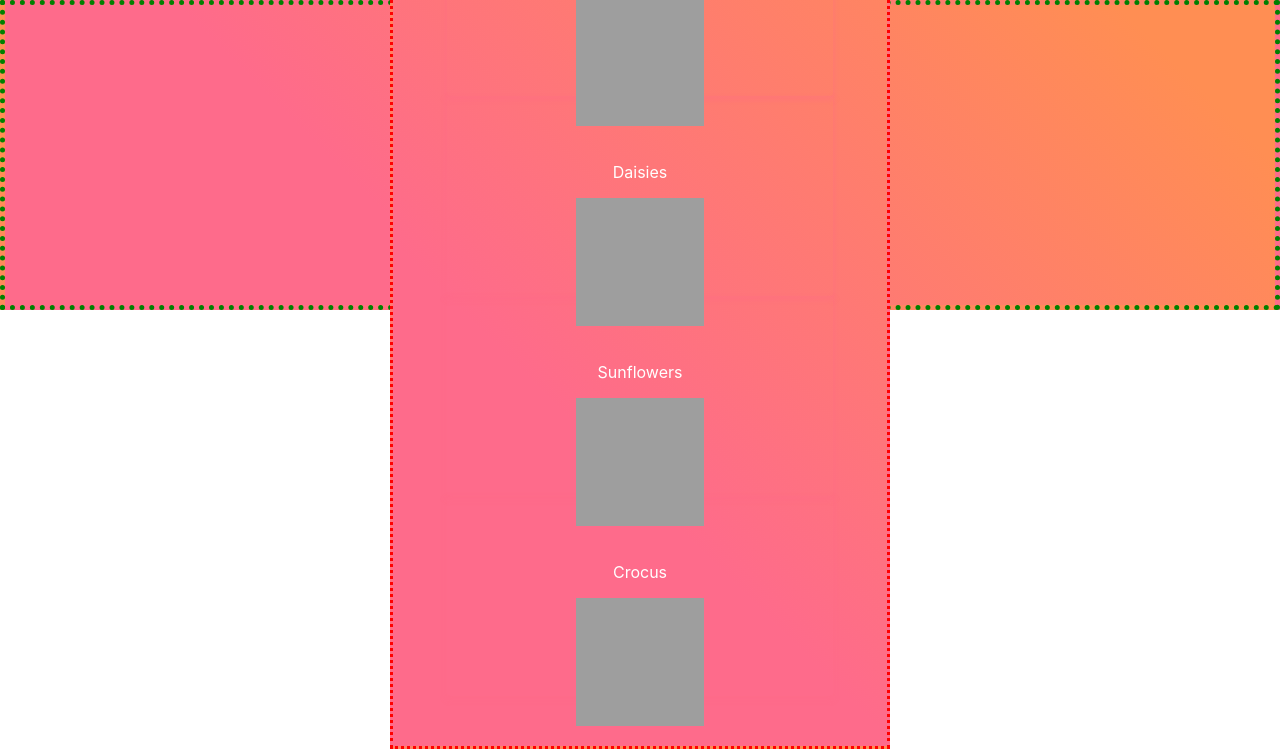
Repository: DevLuDaley/react-flower-shop
Page: /
The author's editor kept a copy of each file at every save. The page is drawn from the files as they stood at one save, then again after the next save.
The browser window is 1280 px wide. The pictures show the whole page.
Pictures or frames that could not be fetched are drawn as grey boxes. The project was rebuilt for these pictures with package versions that can differ from the ones it lists, and the page was loaded fresh each time.

Above is the page before, as saved 2021-02-19 22:10:42.

### src/App.js
// import './App.css';
import Grid from '@material-ui/core/Grid';
import Container from '@material-ui/core/Container';
import { makeStyles } from '@material-ui/core/styles';

// // or
// import { Grid } from '@material-ui/core';
//  import FlowerGallery from './components/FlowerGallery'
 import FlowersContainer from './Containers/FlowersContainer'


const useStyles = makeStyles({
  root: {
    background: 'linear-gradient(45deg, #FE6B8B 30%, #FF8E53 90%)',
    display: 'flex',
    justifyContent: 'center',
    alignItems: 'center',
    textAlign: 'center',
    height: '200px',
    border: '5px dotted green',
    padding: '50px'
  },
});

function App() {
  const classes = useStyles();
  return (
    <Grid className={classes.root}>
      <Container>
      <FlowersContainer/>
        {/* <FlowerGallery/> */}
      </Container>
    </Grid>
  );
}

export default App;

### src/Containers/FlowersContainer.js
import React from 'react';
import Grid from '@material-ui/core/Grid';
import Container from '@material-ui/core/Container';
import { makeStyles } from '@material-ui/core/styles';


import FlowerGallery from '../components/FlowerGallery'


const useStyles = makeStyles({
  root: {
    background: 'linear-gradient(45deg, #FE6B8B 30%, #FF8E53 90%)',
    // border: 0,
    // borderRadius: 3,
    // boxShadow: '0 3px 5px 2px rgba(255, 105, 135, .3)',
    // color: 'white',
    // height: "auto",
    width: '500px',
    padding: '50px 30px',
    // margin: '50px 30px',
    // display: 'flex',
    justifyContent: 'center',
    alignItems: 'center',
    textAlign: 'center',
    // height: '200px',
    border: '3px dotted red'
  },
});


const FlowersContainer = () => {
    const classes = useStyles();
    return (

        <Grid>
            <Container className={classes.root}>
                <FlowerGallery/>
            </Container>
        </Grid>


     );
}

export default FlowersContainer;

### src/components/FlowerGallery.js
import React from 'react';
import { makeStyles } from '@material-ui/core/styles';

// import FlowerGalleryStyles from './FlowerGalleryStyles'
// import Button from materialmaterial
import Button from '@material-ui/core/Button';
import Container from '@material-ui/core/Container';

// const useStyles = makeStyles({
//   root: {
//     background: 'linear-gradient(45deg, #FE6B8B 30%, #FF8E53 90%)',
//     border: 0,
//     borderRadius: 3,
//     boxShadow: '0 3px 5px 2px rgba(255, 105, 135, .3)',
//     color: 'white',
//     // height: 48,
//     padding: '0 30px',
//     margin: '15 0'
//   },
// });

const useStyles = makeStyles({
  root: {
    // background: 'linear-gradient(45deg, #FE6B8B 30%, #FF8E53 90%)',
    // border: 0,
    borderRadius: 3,
    boxShadow: '0 3px 5px 2px rgba(255, 105, 135, .3)',
    color: 'white',
    height: 100,
    padding: '50px 30px',
    margin: '50',
    display: 'block'
  },
});

const FlowerGallery = () => {
      const classes = useStyles();
    // const classes = FlowerGalleryStyles()

const flowerList = [
  {
    id: 1,
    name: 'Red Roses',
    imageUrl: 'https://images.unsplash.com/photo-1548094967-e25a127d1f6d?ixid=MXwxMjA3fDB8MHxwaG90by1wYWdlfHx8fGVufDB8fHw%3D&ixlib=rb-1.2.1&auto=format&fit=crop&w=1137&q=80',
    rating: 5,
    alt: 'red-roses'},
  {
    id: 2,
    name: 'Tulips',
    imageUrl: 'https://images.unsplash.com/photo-1610444028097-40d9858bb44f?ixid=MXwxMjA3fDB8MHxwaG90by1wYWdlfHx8fGVufDB8fHw%3D&ixlib=rb-1.2.1&auto=format&fit=crop&w=1234&q=80',
    rating: 4,
    alt: 'tulips'},
  {
    id: 3,
    name: 'Daisies',
    imageUrl: 'https://images.unsplash.com/photo-1607061868914-e38515be98cb?ixid=MXwxMjA3fDB8MHxwaG90by1wYWdlfHx8fGVufDB8fHw%3D&ixlib=rb-1.2.1&auto=format&fit=crop&w=1091&q=80',
    rating: 4,
    alt: ''},

  {
    id: 4,
    name: 'Sunflowers',
    imageUrl: 'https://images.unsplash.com/photo-1598459832065-1e43b2283799?ixid=MXwxMjA3fDB8MHxzZWFyY2h8Nnx8c3VuZmxvd2VyJTIwYm9xdWV0fGVufDB8fDB8&ixlib=rb-1.2.1&auto=format&fit=crop&w=1200&q=60',
    rating: 5,
    alt: ''},
  {
    id: 5,
    name: 'Crocus',
    imageUrl: 'https://images.unsplash.com/photo-1488979246948-f4b573b1fae8?ixid=MXwxMjA3fDB8MHxwaG90by1wYWdlfHx8fGVufDB8fHw%3D&ixlib=rb-1.2.1&auto=format&fit=crop&w=1350&q=80',
    rating: 5,
    alt: ''}

]

    return (
        <Container>
        <h1>This is a flower Gallery</h1>
        <section>
        {flowerList ? flowerList.map(flower =>
          <div className={classes.root}>
              <p>{flower.name}</p>
              <img src={flower.imageUrl} alt={flower.alt} style={{width:"128px", height: "128px"}}></img>
          </div>
        )
        : <p className="no-data-message"> No Flowers Yet</p>
        }


        </section>
        {/* <Button className={classes.root}>Hook</Button>
        <Button variant="contained" color="primary">Hook</Button> */}
      </Container>
      );
}

export default FlowerGallery;
// FlowerGalleryStyles

Loaded but not shown: public/index.html (common file); src/index.js (common file); src/index.css (common file); src/reportWebVitals.js (common file)

After the next save:
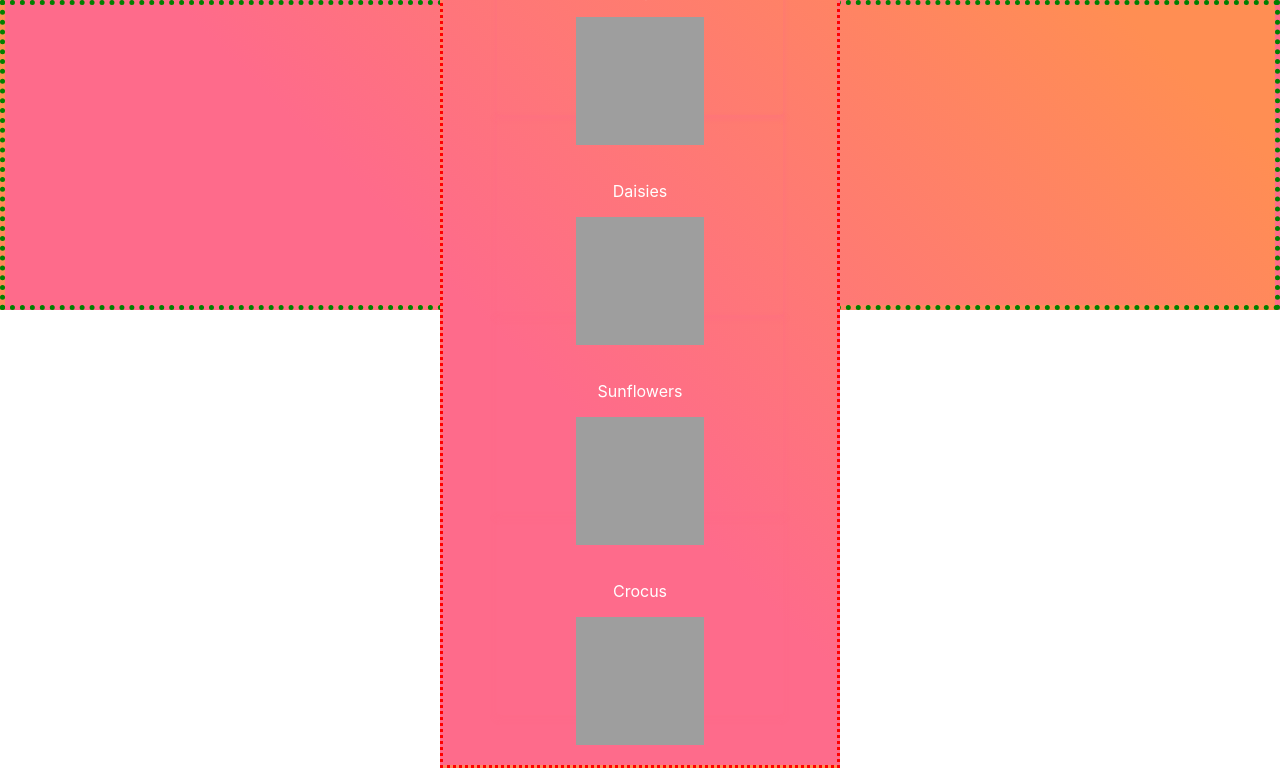
Saved 4 s later.
--- a/src/Containers/FlowersContainer.js
+++ b/src/Containers/FlowersContainer.js
@@ -15,7 +15,7 @@ const useStyles = makeStyles({
     // boxShadow: '0 3px 5px 2px rgba(255, 105, 135, .3)',
     // color: 'white',
     // height: "auto",
-    width: '500px',
+    width: '400px',
     padding: '50px 30px',
     // margin: '50px 30px',
     // display: 'flex',
